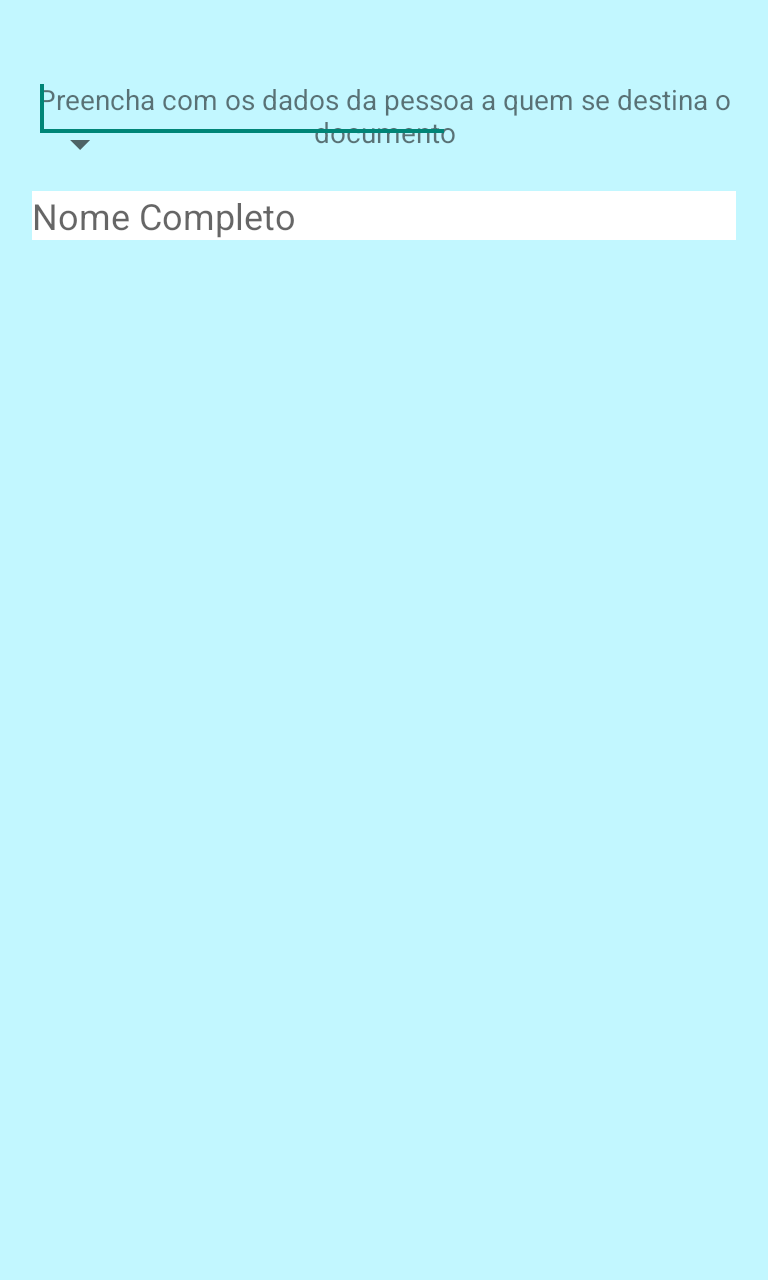
Repository: pdelfino/Projeto-livre
Layout: Protesto Livre/ProtestoLivre/res/layout/fragment_tela05.xml
The author's editor kept a copy of each file at every save. The layout is drawn from the files as they stood at one save, then again after the next save.
It is drawn on a 768 x 1280 px phone screen (xhdpi) without system bars, with theme AppTheme; the app's code is not run.

Above is the layout before, as saved 2014-05-29 00:11:13.

After the next save:
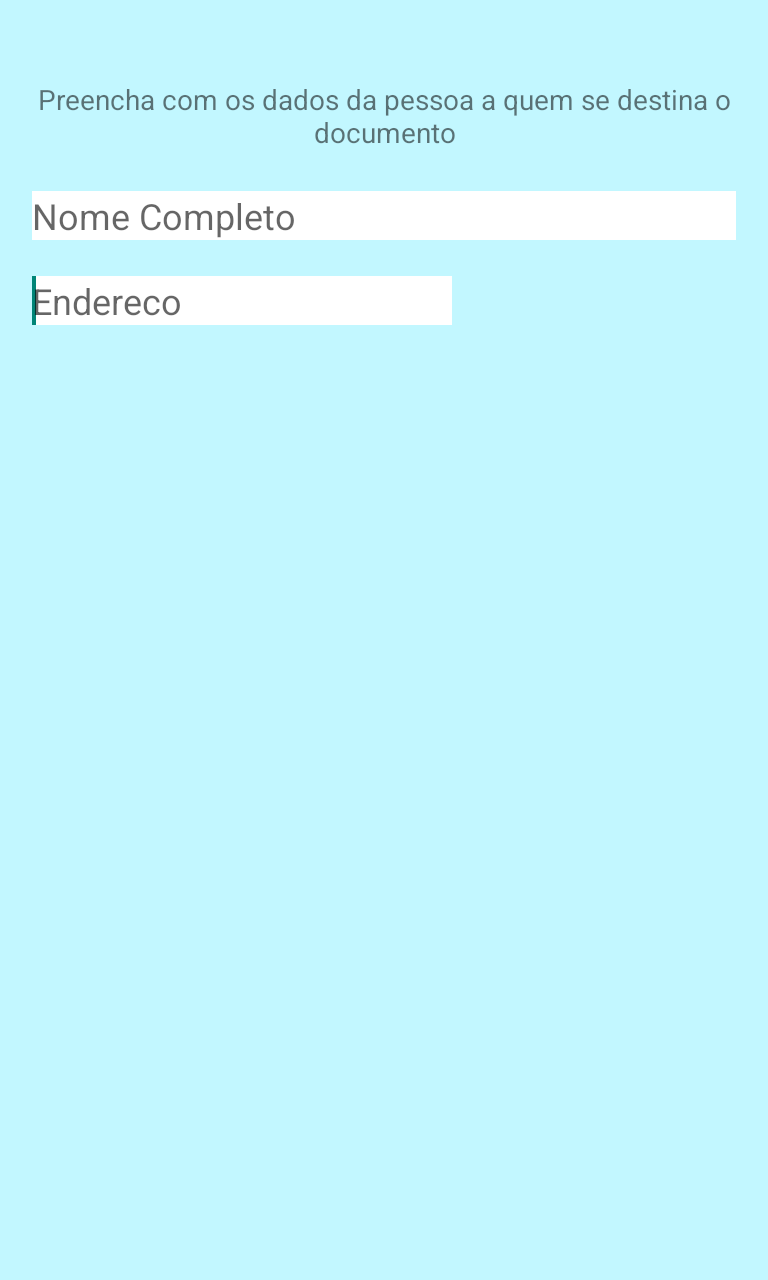
Saved 2 min 1 s later.
--- a/Protesto Livre/ProtestoLivre/res/layout/fragment_tela05.xml
+++ b/Protesto Livre/ProtestoLivre/res/layout/fragment_tela05.xml
@@ -36,24 +36,14 @@
         android:id="@+id/Endereco"
         android:layout_width="wrap_content"
         android:layout_height="wrap_content"
-        android:layout_alignLeft="@+id/editText1"
-        android:layout_alignRight="@+id/editText1"
-        android:layout_below="@+id/editText1"
-        android:layout_marginRight="104dp"
-        android:layout_marginTop="16dp"
+        android:layout_alignLeft="@+id/Nome"
+        android:layout_below="@+id/Nome"
+        android:layout_marginTop="18dp"
+        android:hint="Endereco"
+        android:background="#ffffff"
         android:ems="10" >
 
         <requestFocus />
     </EditText>
 
-    <Spinner
-        android:id="@+id/spinner1"
-        android:layout_width="wrap_content"
-        android:layout_height="wrap_content"
-        android:layout_alignRight="@+id/editText2"
-        android:layout_below="@+id/editText2"
-        android:layout_marginRight="24dp"
-        android:layout_marginTop="44dp"
-        android:spinnerMode="dropdown" />
-
 </RelativeLayout>
